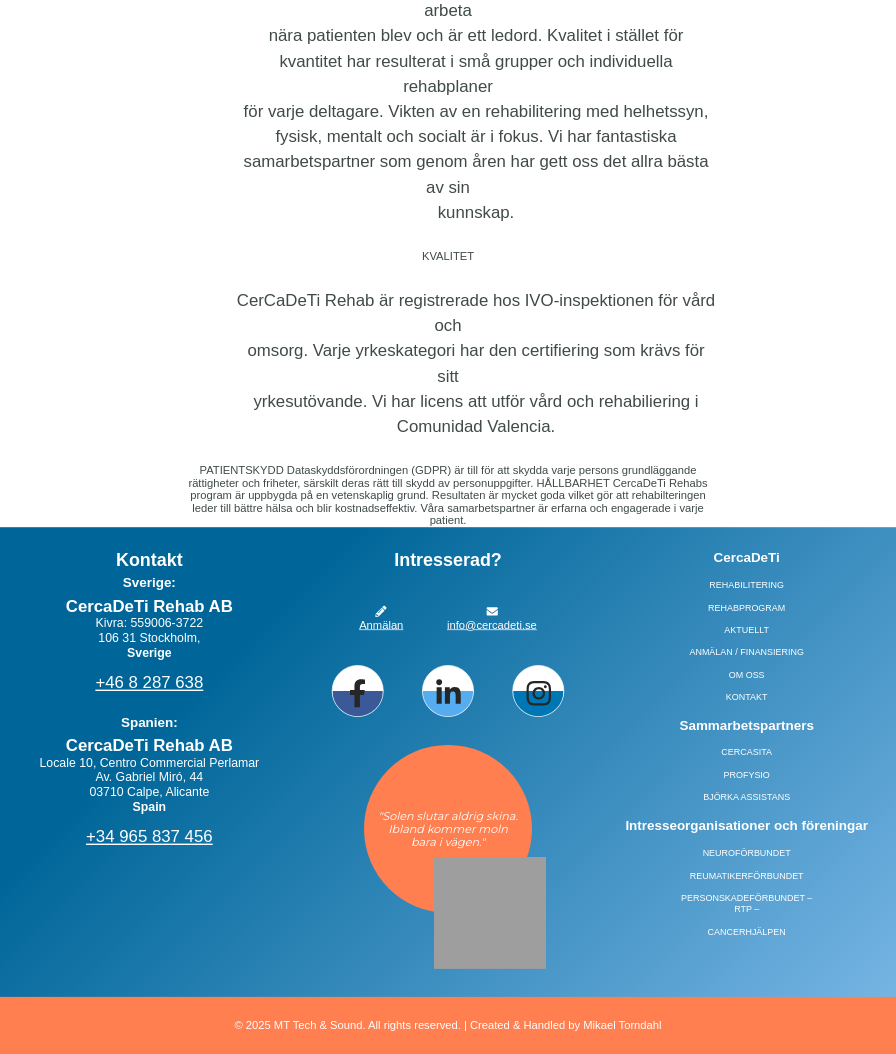
Repository: micketorndahl/CercaDeTi-rehab
Page: om-oss.html
The author's editor kept a copy of each file at every save. The page is drawn from the files as they stood at one save, then again after the next save.
The browser window is 1280 px wide. The pictures show the part of the page from y = 1443 to 3363 px (the page is 2949 px tall before and 3363 px after), at 70% of full size.
Pictures or frames that could not be fetched are drawn as grey boxes. The page's requests for data from a server got no answer. Backgrounds fixed to the window are drawn as part of the page. Some web fonts or font styles are not loaded; a fallback is used. Some web libraries are served in a nearby version.

Above is the page before, as saved 2025-02-01 22:53:10.
Console error: TypeError: Cannot read properties of null (reading 'addEventListener')

### om-oss.html
<!DOCTYPE html>
<html lang="en">
  <head>
    <meta charset="UTF-8" />
    <meta name="viewport" content="width=device-width, initial-scale=1.0" />

    <link
      rel="stylesheet"
      href="https://use.fontawesome.com/releases/v5.6.3/css/all.css"
      integrity="sha384-UHRtZLI+pbxtHCWp1t77Bi1L4ZtiqrqD80Kn4Z8NTSRyMA2Fd33n5dQ8lWUE00s/"
      crossorigin="anonymous"
    />

    <script src="https://cdnjs.cloudflare.com/ajax/libs/font-awesome/5.15.4/js/all.min.js"></script>

    <link rel="stylesheet" href="style.css" />
    <link rel="stylesheet" href="tailwind.css" />
    <title>CercaDeTi Rehab</title>
  </head>
  <body>
    <div class="site-container">
      <header class="header">
        <div class="logo-wrapper">
          <div class="logo">
            <div class="logo-and-text">
              <a href="index.html">
                <img src="/images/cropped-CDTR.gif" alt="Logo" />
                <h1 class="cercadeti">CercaDeTi Rehab</h1>
              </a>
            </div>
          </div>
        </div>

        <nav class="main-nav">
          <div class="nav-container">
            <ul>
              <li>
                <a href="rehabilitering.html">Rehabilitering</a>
              </li>
              <li><a href="rehabprogram.html">Rehabprogram</a></li>
              <li><a href="aktuellt.html">Aktuellt</a></li>
              <li><a href="anmalan-finans.html">Anmälan / Finansiering</a></li>
              <li><a href="om-oss.html" class="active">Om oss</a></li>
              <li><a href="kontakt.html">Kontakt</a></li>
            </ul>
          </div>
        </nav>

        <div class="social-container">
          <div class="social">
            <ul>
              <li>
                <a href="https://www.facebook.com/CercadetiRehab/"
                  ><i class="fab fa-facebook-f icon"></i
                ></a>
              </li>
              <li>
                <a href="https://www.linkedin.com/company/cercadeti-rehab-ab"
                  ><i class="fab fa-linkedin-in icon"></i
                ></a>
              </li>
              <li>
                <a href="https://www.instagram.com/cercadetirehab/"
                  ><i class="fab fa-instagram icon"></i
                ></a>
              </li>
            </ul>
          </div>
        </div>
      </header>

      <div class="banner" id="banner-om-oss">
        <div class="banner-content">
          <h2 class="slogan">Om oss</h2>
          <div class="ctas-container">
            <a href="#company" class="button-CTA">Företag</a>
            <a href="#personal" class="button-CTA">Personal</a>
          </div>
        </div>
      </div>

      <div class="content">
        <aside class="sidebar-left"></aside>
        <section class="main">
          <h2>CercaDeTi Rehab</h2>
          <p>
            CercaDeTi grundades 2012 i syfte att anordna rekreation på spanska
            fastlandet. Calpe den plats där vi startade är noga utvald. Här
            byggdes ett kontaktnät upp för att på bästa sätt ta hand om de
            svenskar som behövde rekreation. År 2014/2015 utvecklades företaget
            och inriktningen ändrades till rehabilitering med helhetssyn för
            personer med diagnos och skada. CercaDeTi rehab grundades. Målet
            vara att alla med diagnos/skada ska få bästa möjlighet att leva
            fullt ut efter sin förmåga. I ledningen finns det egen erfarenhet av
            att leva med skada/diagnos och av att vara närstående. Rehabteamet
            handplockades för att kunna möta varje patients behov. Att arbeta
            nära patienten blev och är ett ledord. Kvalitet i stället för
            kvantitet har resulterat i små grupper och individuella rehabplaner
            för varje deltagare. Vikten av en rehabilitering med helhetssyn,
            fysisk, mentalt och socialt är i fokus. Vi har fantastiska
            samarbetspartner som genom åren har gett oss det allra bästa av sin
            kunnskap.
          </p>
          KVALITET

          <p>
            CerCaDeTi Rehab är registrerade hos IVO-inspektionen för vård och
            omsorg. Varje yrkeskategori har den certifiering som krävs för sitt
            yrkesutövande. Vi har licens att utför vård och rehabiliering i
            Comunidad Valencia.
          </p>

          PATIENTSKYDD Dataskyddsförordningen (GDPR) är till för att skydda
          varje persons grundläggande rättigheter och friheter, särskilt deras
          rätt till skydd av personuppgifter. HÅLLBARHET CercaDeTi Rehabs
          program är uppbygda på en vetenskaplig grund. Resultaten är mycket
          goda vilket gör att rehabilteringen leder till bättre hälsa och blir
          kostnadseffektiv. Våra samarbetspartner är erfarna och engagerade i
          varje patient.
        </section>
        <aside class="sidebar-right">
          <h3></h3>
          <p></p>
        </aside>
      </div>

      <!-- FOOTER START -->
      <footer class="footer-container">
        <div class="footer-top">
          <div class="footarea1 footer-shared">
            <h3>Kontakt</h3>

            <address class="address-shared address-se">
              <h5>Sverige:</h5>
              <strong
                ><span class="address-company-name"
                  >CercaDeTi Rehab AB</span
                ></strong
              ><br />
              <span class="address-location">Kivra: 559006-3722</span><br />
              <span class="address-city">106 31 Stockholm,</span><br />
              <span class="address-country"
                ><strong>Sverige</strong><br
              /></span>
              <br />
              <span class="telephone"
                ><a href="tel:+468287638">+46 8 287 638</a></span
              >
            </address>

            <div class="address-shared address-es">
              <address>
                <h5>Spanien:</h5>
                <strong
                  ><span class="address-company-name"
                    >CercaDeTi Rehab AB</span
                  > </strong
                ><br />
                <span class="address-location"
                  >Locale 10, Centro Commercial Perlamar</span
                ><br />
                <span class="address-street">Av. Gabriel Miró, 44</span><br />
                <span class="address-city">03710 Calpe, Alicante<br /></span>
                <span class="address-country"
                  ><strong>Spain</strong><br
                /></span>
                <br />
                <span class="telephone"
                  ><a href="tel:+34965837456">+34 965 837 456</a></span
                >
              </address>
            </div>
          </div>
          <div class="footarea2 footer-shared">
            <h3>Intresserad?</h3>
            <div class="footarea2-links">
              <a href="anmalan-form.html"
                ><i class="fas fa-pencil-alt"></i> Anmälan</a
              >
              <a href="mailto:info@cercadeti.se"
                ><i class="fas fa-envelope"></i> info@cercadeti.se</a
              >
            </div>
            <div class="social-footer">
              <ul>
                <li>
                  <a href="https://www.facebook.com/CercadetiRehab/">
                    <i class="fab fa-facebook-f icon"></i>
                  </a>
                </li>

                <li>
                  <a href="https://www.linkedin.com/company/cercadeti-rehab-ab"
                    ><i class="fab fa-linkedin-in icon"></i
                  ></a>
                </li>
                <li>
                  <a href="https://www.instagram.com/cercadetirehab/"
                    ><i class="fab fa-instagram icon"></i
                  ></a>
                </li>
              </ul>
            </div>
            <div class="image-container-footer">
              <div class="image-wrapper">
                <p class="footer-quote">
                  "Solen slutar aldrig skina. Ibland kommer moln bara i vägen."
                </p>
                <img src="images/weelchair.icon.png" alt="wheelchair-icon" />
              </div>
            </div>
          </div>
          <div class="footarea3 footer-shared">
            <nav class="footer-nav">
              <div class="link-column1">
                <h4>CercaDeTi</h4>
                <ul>
                  <li><a href="rehabilitering.html">Rehabilitering</a></li>
                  <li><a href="rehabprogram.html">Rehabprogram</a></li>
                  <li><a href="aktuellt.html">Aktuellt</a></li>
                  <li>
                    <a href="anmalan-finans.html">Anmälan / Finansiering</a>
                  </li>
                  <li><a href="om-oss.html">Om oss</a></li>
                  <li><a href="kontakt.html">Kontakt</a></li>
                </ul>
              </div>

              <div class="link-column2">
                <h4>Sammarbetspartners</h4>
                <ul>
                  <li><a href="https://cercasita.com/">Cercasita</a></li>
                  <li><a href="https://profysio.es/">ProFysio</a></li>
                  <li>
                    <a href="https://www.bjorka-assistans.se/"
                      >Björka Assistans</a
                    >
                  </li>
                </ul>
              </div>

              <div class="link-column3">
                <h4>Intresseorganisationer och föreningar</h4>
                <ul>
                  <li><a href="https://neuro.se/">Neuroförbundet</a></li>
                  <li>
                    <a href="https://reumatiker.se/">Reumatikerförbundet</a>
                  </li>
                  <li>
                    <a href="https://rtp.se/">Personskadeförbundet – RTP – </a>
                  </li>
                  <li>
                    <a href="http://www.cancerhjalpen.se/">Cancerhjälpen</a>
                  </li>
                </ul>
              </div>
            </nav>
          </div>
        </div>
        <div class="footer-bottom">
          <div class="copyright">
            &copy; 2025 MT Tech &amp; Sound. All rights reserved. | Created
            &amp; Handled by Mikael Torndahl
          </div>
          <div class="additional-info"></div>
        </div>
      </footer>
      <!-- FOOTER END -->
    </div>
    <!-- SCRIPT SRCS -->
    <script src="js/script.js"></script>
    <script src="js/weather-api.js"></script>
  </body>
</html>

### style.css
@import url("css/reset.css");
@import url("css/standard.css");
@import url("css/variables.css");
@import url("css/typography.css");
@import url("css/layout.css");
@import url("css/navigation.css");
@import url("css/post.css");
@import url("css/footer.css");
@import url("css/searchbox.css");
@import url("css/page-templates.css");
@import url("css/mq-tablet.css");
@import url("css/mq-phone.css");
@import url("css/effects.css");

### css/standard.css
/*
/* STANDARD
*/

html {
  scroll-behavior: smooth;
}

a {
  text-decoration: none;
}

[class*="fa"]:not([class*="fab"]) {
  display: block;
  margin: 0 auto;
  padding: 0.2rem;
}

### css/variables.css
/*
/* VARIABLES */
/*
*/

@import url("https://fonts.googleapis.com/css2?family=Titillium+Web:wght@100;200;300;400;500;600;700;800;900&family=Pontano+Sans&family=Oswald:wght@200;300;400;500;600;700&family=Lato:wght@100;300;400;700;900&family=Roboto:wght@100;300;400;500;700;900&family=Open+Sans:wght@300;400;600;700;800&family=Raleway:wght@100;200;300;400;500;600;700;800;900&family=Montserrat:wght@100;200;300;400;500;600;700;800;900&family=Poppins:wght@100;200;300;400;500;600;700;800;900&family=Nunito:wght@200;300;400;600;700;800;900&family=Lora:wght@400;500;600;700&family=Merriweather:wght@300;400;700;900&family=Playfair+Display:wght@400;500;600;700;800;900&family=Crimson+Text:wght@400;600;700&family=Josefin+Sans:wght@100;200;300;400;500;600;700&family=Cabin:wght@400;500;600;700&family=Alegreya:wght@400;500;600;700;800;900&family=Cormorant:wght@300;400;500;600;700&family=Cinzel:wght@400;500;600;700;800;900&family=Bitter:wght@400;500;600;700&family=Arvo:wght@400;500;600;700&family=Abril+Fatface&family=Caveat:wght@400;500;600;700&family=Dancing+Script:wght@400;500;600;700&family=Great+Vibes&display=swap");
@import url("https://fonts.googleapis.com/css2?family=Alata&display=swap");

:root {
  /* Colors */
  --background-color-dark: #1a1a1a;
  --background-color-white: #fff;
  --background-color-white2: #f8f8ff;
  --background-color-white3: hsl(0, 0%, 98%);
  --background-color-light-blue: hsl(200, 100%, 50%);
  --background-color-light-blue2: hsl(200, 100%, 40%);
  --background-color-blue: linear-gradient(
    135deg,
    var(--color-quaternary) 25%,
    var(--color-tertiary) 100%
  );
  --background-color-blue2: hsl(200, 100%, 30%);
  --background-color-blue3: hsla(200, 62.3%, 47.8%, 0.8);
  --background-color-white: hsla(0, 0%, 100%, 0.7);
  --color-primary: hsl(200, 100%, 40%);
  --color-secondary: #ff7f50;
  --color-tertiary: #7cb9e8;
  --color-quaternary: hsl(200, 100%, 30%);
  --color-five: rgb(232, 73, 10);
  --color-six: hsl(200, 88.1%, 16.5%);
  --text-light: rgb(244, 244, 244);
  --text-gray: #3f4a49;
  --text-dark: #0d0d0d;
  --dimwhite: #eee;
  --dullwhite: hsla(0, 0%, 100%, 0.8);
  --white: #fff;
  --ghost-white: #f8f8ff;
  --black: #000;
  --dark: #222;
  --darkgray: #a9a9a9;
  --darkgray2: #333333;
  --charcoal: #4a4a4a;
  --gray-paragraph: hsla(174.55, 8.03%, 26.86%, 1);
  --hovercolor: rgba(0, 0, 0, 0.06);

  /* Fonts */

  --font-primary: "Titillium Web", sans-serif;
  --font-secondary: "Pontano Sans", sans-serif;
  --font-tertiary: "Oswald", sans-serif;
  --font-quaternary: "Lato", sans-serif;
  --font-five: "Roboto", sans-serif;
  --font-six: "Open Sans", sans-serif;
  --font-seven: "Raleway", sans-serif;
  --font-eight: "Montserrat", sans-serif;
  --font-nine: "Poppins", sans-serif;
  --font-ten: "Nunito", sans-serif;
  --font-eleven: "Lora", serif;
  --font-twelve: "Merriweather", serif;
  --font-thirteen: "Playfair Display", serif;
  --font-fourteen: "Crimson Text", serif;
  --font-fifteen: "Josefin Sans", sans-serif;
  --font-sixteen: "Cabin", sans-serif;
  --font-seventeen: "Alegreya", serif;
  --font-eighteen: "Cormorant", serif;
  --font-nineteen: "Cinzel", serif;
  --font-twenty: "Bitter", serif;
  --font-twentyone: "Arvo", serif;
  --font-twentytwo: "Abril Fatface", cursive;
  --font-twentythree: "Caveat", cursive;
  --font-twentyfour: "Dancing Script", cursive;
  --font-twentyfive: "Great Vibes", cursive;
  --font-twentysix: "Alata", sans-serif;
}

### css/typography.css
/*
/* HEADLINES
*/

body {
  background-color: var(--white);
  color: var(--gray-paragraph);
  font-style: normal;
}

.content p,
.container-index p {
  font-size: 1.5rem;
  font-weight: 300;
  white-space: pre-wrap;
  text-align: center;
  margin: 0.5rem;
  word-wrap: break-word;
  line-height: 1.5;
}

body,
.content p,
container-index p,
.address-company-name,
address span,
h1,
h2,
h3,
h4,
h5,
h6 {
  font-family: var(--font-secondary), sans-serif;
  margin: 0;
  padding: 0;
}

h1,
h2,
h3,
h4,
h5,
h6 {
  font-weight: bold;
}

h1 {
  font-size: 2rem;
}
h2 {
  font-size: calc(5rem + 1vw);
}

h3 {
  font-size: 1.6rem;
  color: var(--white);
  margin-bottom: 0.5rem;
}
h4 {
  font-size: 1.2rem;
  color: var(--white);
  margin-bottom: 0.5rem;
}
h5 {
  font-size: 1.2rem;
  font-style: normal;
  padding: 0;
}
h6 {
  font-size: 1rem;
}

.banner-content h2 {
  font-family: var(--font-ten), sans-serif;
  font-size: 6rem;
  font-style: bold;
  line-height: 1.2;
  margin-top: 0.5rem;
  color: var(--white);
}

.address-company-name {
  font-size: 1.5rem;
  font-weight: bold;
  font-style: normal;
}

address span {
  font-style: normal;
  font-size: 1.1rem;
  font-weight: 400;
  margin: 0;
  padding: 0;
}

.info-text {
  color: var(--darkgray);
}

### css/navigation.css
/* NAV */

.main-nav {
  display: flex;
  justify-content: center;
  align-items: center;
  padding: 0;
  flex-grow: 0;
  flex-shrink: 0;
}

nav.main-nav ul {
  display: flex;
  margin: 0;
  padding: 0;
}

nav.main-nav ul li {
  list-style: none;
  margin: 0 1rem;
}

.main-nav a {
  position: relative;
  display: inline-block;
  padding: 0.5rem;
  text-decoration: none;
  transition: color 0.2s ease-in-out;
}

nav.main-nav ul li a {
  font-family: var(--font-secondary), sans-serif;
  font-size: 18px;
  font-weight: 400;
  line-height: 1rem;
  /* Slightly darker default color */
  color: var(--dullwhite);
  text-decoration: none;
  transition: all 0.4s ease-in-out;
}

nav.main-nav ul li a:hover {
  color: var(--white); /* Brighter on hover */
}

nav.main-nav ul li a.active {
  color: var(--white); /* Brightest when active */
}

nav.main-nav ul li a.active::after {
  content: "";
  position: absolute;
  left: 0;
  bottom: -4px;
  width: 100%;
  height: 1px; /* Adjusted height here */
  background-color: var(--white);
  border-radius: 2px;
  transition: transform 0.3s ease, background-color 0.3s ease;
}

/* Hover underline that grows from the left */
nav.main-nav ul li a::after {
  content: "";
  position: absolute;
  left: 0;
  bottom: -4px;
  width: 0;
  height: 1px;
  background-color: var(--white);
  border-radius: 2px;
  transition: width 0.6s ease, background-color 0.6s ease;
  opacity: 0;
}

nav.main-nav ul li a:hover::after {
  width: 100%;
  opacity: 1;
  height: 1px;
}

/* Active link styles */
nav.main-nav ul li a.active::after {
  width: 100%;
  height: 2px; /* Adjusted height here */
  opacity: 1;
}

.social-container {
  display: flex;
  justify-content: center;
  align-items: center;
  flex-grow: 1;
  flex-shrink: 1;
}

.social ul {
  display: flex;
  justify-content: space-evenly;
  margin: 0;
}

.social li {
  margin: 0.5rem;
}

.ctas-container {
  display: flex; /* Aligns buttons side by side */
  justify-content: center;
  align-items: center;
}

### css/post.css
/*
/* POST */
/*

### css/footer.css
/* FOOTER */

footer.footer-container {
  display: flex;
  flex-direction: column; /* Stack footer sections vertically */
  justify-content: space-around; /* Space sections evenly */
  margin-top: auto;
  background: var(--background-color-blue);
  box-shadow: 0 1px 3px rgba(0, 0, 0, 0.1), 0 1px 2px rgba(0, 0, 0, 0.06);
}

.footer-top {
  /* New wrapper for the top sections */
  display: flex;
  justify-content: space-around;
}

footer .footarea1,
footer .footarea2,
footer .footarea3 {
  flex: 1;
}

footer .footarea1 {
  text-align: center;
}

.footarea1 a,
.footarea2 a {
  display: inline-block;
  color: var(--white);
  text-decoration: underline;
  transition: all 0.4s ease-in-out;
}

.footarea1 a:hover {
  transform: scale(1.2);
}

footer .footarea2 {
  display: flex;
  flex-direction: column;
  text-align: center;
}

footer .footarea2 img {
  width: 10rem;
  height: 10rem;
  text-align: center;
  padding: 5rem;
  margin: 0 auto;
}

.footarea2-links {
  display: flex;
  flex-direction: row;
  justify-content: space-evenly;
  align-items: center;
  margin: 0;
  padding: 2rem;
}

.footarea2-links a {
  color: var(--white);
  text-decoration: underline;
  padding: 0.5rem;
}

.footarea2-links a:hover {
  padding: 0.5rem;
  transform: scale(1.1);
}

footer .footarea3 {
  text-align: center;
}

footer .footarea3 h3 {
  margin: 0 auto;
  text-align: center;
}

footer .footarea3 a {
  color: var(--white);
}

.footarea3 ul {
  margin: 0.8rem 0;
  padding: 0;
}

.footarea3 ul li {
  margin: 0.8rem 0;
}

.footer-nav ul li a {
  font-family: var(--font-twentysix), sans-serif;
  font-style: normal;
  font-weight: 400;
  line-height: 1rem;
  color: var(--white);
  text-decoration: none;
  text-transform: initial;
  transition: color 0.3s ease;
}

.social-footer ul {
  display: flex;
  flex-direction: row;
  justify-content: space-evenly;
  align-items: center;
  margin: 0;
  padding: 0;
}

.social-footer li {
  margin: 0.5rem;
}

.address-shared {
  font-size: 1rem;
  padding: 0;
  margin-bottom: 2rem;
  color: var(--white);
}

.address-shared h5 {
  margin: 0.5rem;
  padding: 0;
}

address a {
  text-decoration: none;
  color: var(--white);
}

.address-city {
  margin-bottom: 15px;
}

.telephone {
  font-size: 1.5rem;
}

.footer-shared {
  padding-top: 2rem;
}

.image-container-footer {
  width: 15rem;
  height: 15rem;
  background-color: var(--color-secondary);
  padding: 0;
  margin: 2rem auto;
  border-radius: 50%;
  display: flex;
  justify-content: center;
  align-items: center;
  position: relative;
  margin-bottom: 2rem; /* Add some space between circle and bottom */
}

.image-container-footer img {
  position: absolute;
  bottom: -160px;
  right: -100px;
  padding: 0; /* Reset padding */
  margin: 0; /* Reset margin */
}

.footer-quote {
  font-family: var(--font-eight), sans-serif;
  font-size: 1rem;
  font-style: italic;
  color: var(--white);
  padding: 0.5rem;
  margin: 0.5rem;
}

.footer-bottom {
  background-color: var(--color-secondary); /* Or match footer background */
  color: var(--white);
  padding: 2rem 0; /* Add some padding top and bottom */
  margin-top: 4rem;
  text-align: center; /* Center the text */
  display: flex;
  flex-direction: column; /* Stack copyright and info */
  align-items: center; /* Center horizontally */
}

### css/searchbox.css
/*
/* SEARCHBOX */
/*

### css/mq-tablet.css
/*
/* MQ-TABLET */
/*

### css/mq-phone.css
/*
/* MQ-PHONE*/
/*

Loaded but not shown: tailwind.css (library); js/script.js (117 lines, source omitted); js/weather-api.js (90 lines, source omitted); css/page-templates.css (379 lines, source omitted); css/layout.css (358 lines, source omitted); css/reset.css (364 lines, source omitted); css/effects.css (235 lines, source omitted)

After the next save:
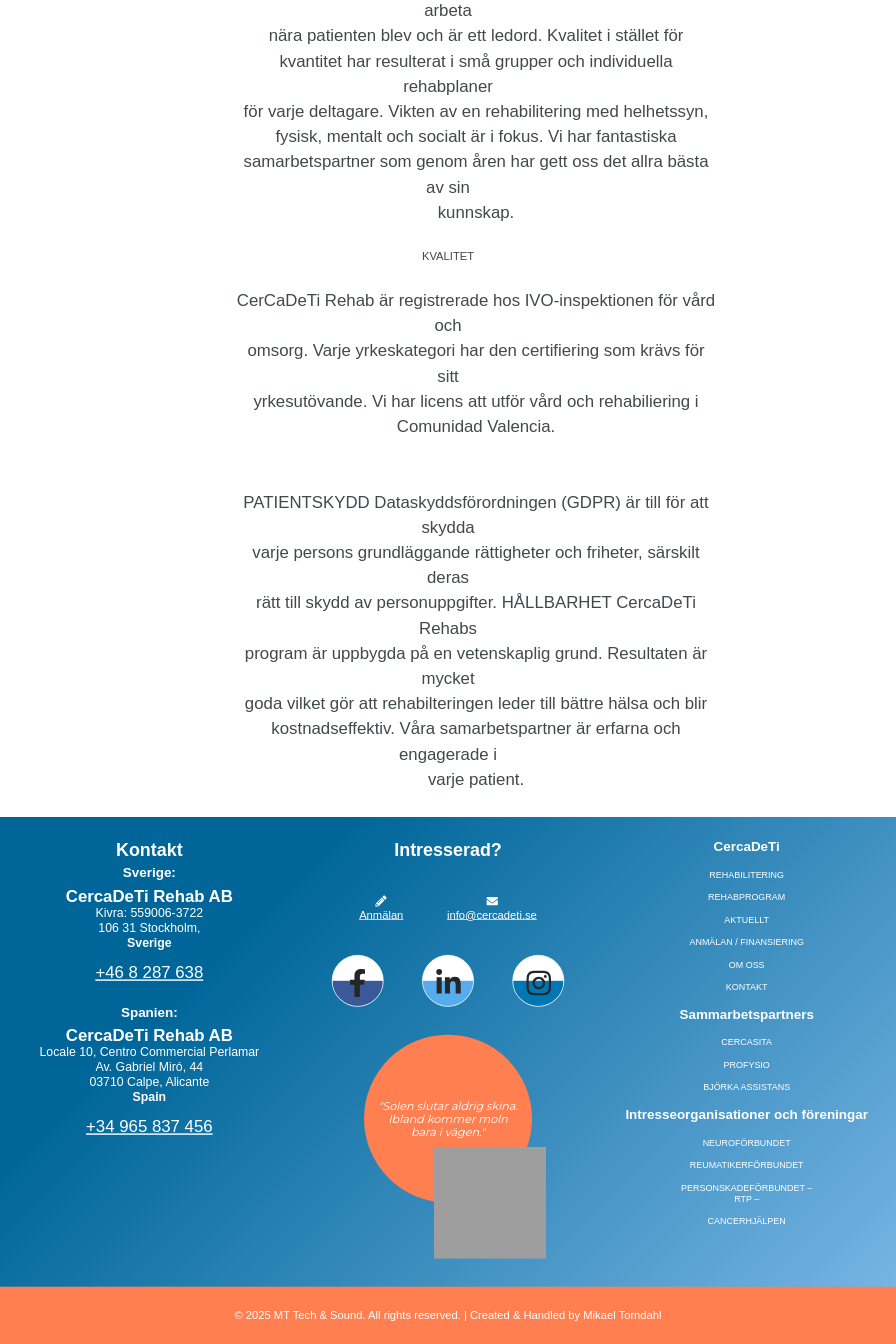
Saved 7 s later.
--- a/om-oss.html
+++ b/om-oss.html
@@ -110,13 +110,15 @@
             Comunidad Valencia.
           </p>
 
-          PATIENTSKYDD Dataskyddsförordningen (GDPR) är till för att skydda
-          varje persons grundläggande rättigheter och friheter, särskilt deras
-          rätt till skydd av personuppgifter. HÅLLBARHET CercaDeTi Rehabs
-          program är uppbygda på en vetenskaplig grund. Resultaten är mycket
-          goda vilket gör att rehabilteringen leder till bättre hälsa och blir
-          kostnadseffektiv. Våra samarbetspartner är erfarna och engagerade i
-          varje patient.
+          <p>
+            PATIENTSKYDD Dataskyddsförordningen (GDPR) är till för att skydda
+            varje persons grundläggande rättigheter och friheter, särskilt deras
+            rätt till skydd av personuppgifter. HÅLLBARHET CercaDeTi Rehabs
+            program är uppbygda på en vetenskaplig grund. Resultaten är mycket
+            goda vilket gör att rehabilteringen leder till bättre hälsa och blir
+            kostnadseffektiv. Våra samarbetspartner är erfarna och engagerade i
+            varje patient.
+          </p>
         </section>
         <aside class="sidebar-right">
           <h3></h3>
